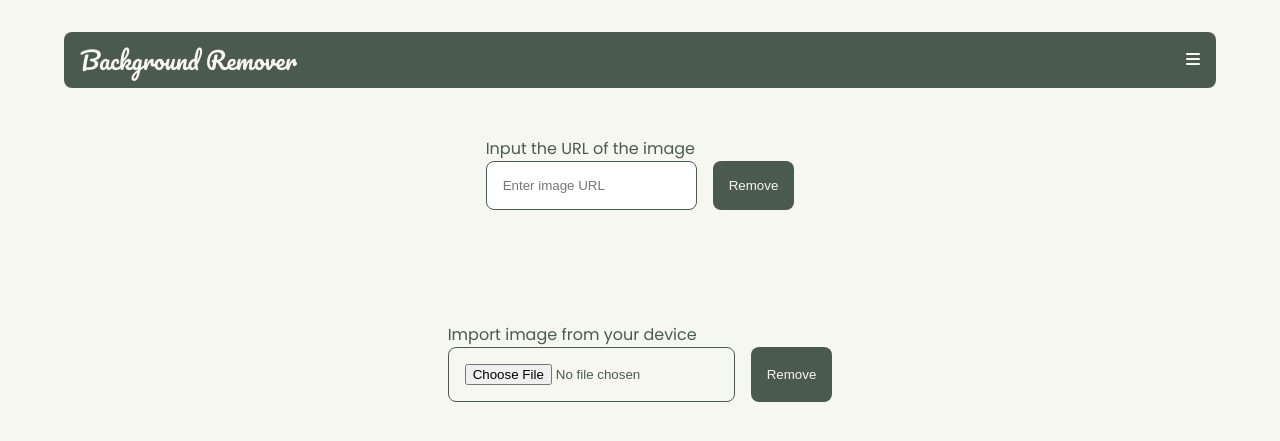
Repository: Oyasikelly/backgroundremover
Page: /
The author's editor kept a copy of each file at every save. The page is drawn from the files as they stood at one save, then again after the next save.
The browser window is 1280 px wide. The pictures show the whole page.
Some web libraries are served in a nearby version. The project was rebuilt for these pictures with package versions that can differ from the ones it lists, and the page was loaded fresh each time. Also part of the build but not shown: vite.config.js, src/Components/SavedImages.jsx.

Above is the page before, as saved 2024-12-17 16:42:58.

### index.html
<!-- @format -->

<!DOCTYPE html>
<html lang="en">
  <head>
    <meta charset="UTF-8" />
    <link rel="icon" type="image/svg+xml" href="/vite.svg" />
    <meta name="viewport" content="width=device-width, initial-scale=1.0" />
    <title>Background Remover</title>
  </head>
  <body>
    <div id="root"></div>
    <script type="module" src="/src/main.jsx"></script>
    <script
      src="https://kit.fontawesome.com/09244cd8e5.js"
      crossorigin="anonymous"
    ></script>
  </body>
</html>

### src/App.jsx
/** @format */

// import { useState } from "react";
import { useState } from "react";
import "./App.css";
import { BrowserRouter, Routes, Route } from "react-router-dom";
import Remover from "./Components/Remover";
import SavedImages from "./Components/SavedImages";
export default function App() {
  const [menu, setMenu] = useState(false);
  const [webURL, setWebURL] = useState("");
  const [importedURL, setImportedURL] = useState("");

  return (
    <BrowserRouter>
      <div className="wrapper">
        <Routes>
          <Route
            path="/"
            element={
              <Remover
                menu={menu}
                setMenu={setMenu}
                webURL={webURL}
                setWebURL={setWebURL}
                importedURL={importedURL}
                setImportedURL={setImportedURL}
              />
            }
          />
          <Route path="/SavedImages" Component={SavedImages} />
        </Routes>
      </div>
    </BrowserRouter>
  );
}

### src/App.css
/** @format */
@import url("https://fonts.googleapis.com/css2?family=Dancing+Script:wght@400..700&family=Outfit:wght@100..900&family=Pacifico&family=Poppins:ital,wght@0,100;0,200;0,300;0,400;0,500;0,600;0,700;0,800;0,900;1,100;1,200;1,300;1,400;1,500;1,600;1,700;1,800;1,900&family=Young+Serif&display=swap");

* {
  box-sizing: border-box;
  padding: 0;
  margin: 0;
}
:root {
  --primary-color: #4b5a4f;
  --secondary-color: #f7f7f1;
  --btn-color: #8a9b8e;
}
body {
  background-color: transparent;
  padding: 0;
  margin: 0;
}
body::-webkit-scrollbar {
  display: none;
}
a {
  text-decoration: none;
  color: var(--secondary-color);
}
.container {
  background-color: var(--secondary-color);
  width: 100%;
  height: 100vh;
  overflow: scroll;
  display: flex;
  flex-direction: column;
  /* justify-content: center; */
  align-items: center;
  color: var(--primary-color);
  padding: 0rem 4rem;
  position: relative;
}
.Menu {
  background-color: var(--btn-color);
  color: var(--secondary-color);
  width: 20%;
  align-self: flex-end;
  padding: 1rem;
  position: fixed;
  top: 0;
  right: 0;
  border-radius: 0 0 0.5rem 0.5rem;
  z-index: 100;
  display: flex;
  flex-direction: column;
  gap: 1rem;
}
.Menu p {
  border: 2px solid var(--primary-color);
  padding: 0.3rem;
  border-radius: 0.3rem;
  cursor: pointer;
}
.Menu p:hover {
  background-color: var(--primary-color);
}
h2 {
  width: fit-content;
  font-family: "Pacifico", cursive;
  font-weight: 400;
  font-style: normal;
  line-height: 1.5rem;
  max-width: 30%;
}
header {
  background-color: var(--primary-color);
  color: var(--secondary-color);
  width: 100%;
  margin-bottom: 5rem;
  padding: 1rem;
  border-radius: 0.5rem;
  position: relative;
  top: 2rem;
  display: flex;
  justify-content: space-between;
  align-items: center;
}
i {
  cursor: pointer;
}
.content_container {
  display: flex;
  flex-direction: column;
  justify-content: center;
  align-items: center;
  font-family: "Poppins", serif;
}
form {
  display: flex;
  gap: 1rem;
  margin-bottom: 4rem;
}
input {
  padding: 1rem;
  border-radius: 0.5rem;
  outline: none;
  border: 1px solid var(--primary-color);
  width: 100%;
}
button {
  padding: 1rem;
  background-color: var(--primary-color);
  outline: none;
  border: none;
  border-radius: 0.5rem;
  transition: background-color 0.5s ease-in;
  color: var(--secondary-color);
}
button:hover {
  background-color: var(--btn-color);
}
p {
  align-self: flex-start;
}
.imported-img {
  margin-top: 3rem;
  display: flex;
  flex-direction: column;
  justify-content: center;
  align-items: center;
}
.imported-img form {
  /* background-color: green; */
  width: fit-content;
  display: flex;
  width: 100%;
  /* justify-content: center; */
}
.import-img {
  width: 100%;
  padding: 1rem;
  align-content: center;
}

.outputWrap{
  width: 350px;
  height: 350px;
  background-color: pink;
}
.outputWrap img{
  width: 100%;
}
@media screen and (max-width: 1024px) {
  .container {
    padding-bottom: 3rem;
  }
  .content_container {
    width: 100%;
  }
  form {
    width: 100%;
    display: flex;
    justify-content: space-between;
  }
}

.Wrap_savedImages {
  display: flex;
  flex-direction: column;
  justify-content: center;
  align-items: center;
  padding-bottom: 3rem;
}
.saved_images {
  background-color: var(--secondary-color);
  color: var(--primary-color);
  height: 100vh;
  display: grid;
  grid-template-columns: repeat(4, 1fr);
  align-content: center;
  justify-items: center;
  grid-row-gap: 1rem;
  grid-column-gap: 1rem;
}
.saved_images div {
  width: 100px;
  height: 100px;
  border: 1px solid var(--primary-color);
  border-radius: 0.5rem;
}

### src/Components/Remover.jsx
/** @format */
import { useState } from "react";
import axios from "axios";

// import chair from "../assets/chair.jpeg";
import { NavLink } from "react-router-dom";

// components
import Header from "./Header";
import UrlImage from "./urlImage";
import ImportImage from "./importImage";

export default function Remover({
  menu,
  setMenu,
  webURL,
  setWebURL,
  importedURL,
  setImportedURL,
}) {
  const [outputImage, setOutputImage] = useState(""); // State to store the output image URL

  function handleMenu() {
    setMenu(() => true);
  }
  function handleCloseMenu() {
    setMenu(() => false);
  }
  function handleWebURL(e) {
    setWebURL(e.target.value);
  }
  function handleImportedURL(e) {
    setImportedURL(e.target.files[0]); // Update importedURL state with the selected file
  }

  const apiKey = "0eaf034066ed7e5c243f379b2274ee09d9f82867"; // Replace with your actual API key
  const apiEndpoint = "https://sdk.photoroom.com/v1/segment";

  // Function to remove background for URL
  const removeBackgroundFromURL = async (imageUrl) => {
    try {
      const response = await axios.post(
        apiEndpoint,
        { image_url: imageUrl }, // API expects 'image_url', not 'url'
        {
          headers: {
            "x-api-key": apiKey,
            "Content-Type": "application/json",
          },
          responseType: "blob", // Get the response as a Blob
        }
      );

      const imageUrlBlob = URL.createObjectURL(response.data);
      console.log(imageUrlBlob);
      setOutputImage(imageUrlBlob);
    } catch (error) {
      console.error("Error removing background (URL):", error.response?.data || error.message);
    }
  };
  // Function to remove background for imported image
  const removeBackgroundFromFile = async (file) => {
    try {
      const formData = new FormData();
      formData.append("image_file", file); // Append file to FormData

      const response = await axios.post(apiEndpoint, formData, {
        headers: {
          "x-api-key": apiKey,
          "Content-Type": "multipart/form-data",
        },
        responseType: "blob", // Ensure response is a Blob
      });

      const imageUrlBlob = URL.createObjectURL(response.data);
      setOutputImage(imageUrlBlob);
    } catch (error) {
      console.error("Error removing background (File):", error);
    }
  };

  const handleRemoveBackground = async (e) => {
    e.preventDefault();
    if (webURL) {
      await removeBackgroundFromURL(webURL);
    } else {
      alert("Please provide an image URL.");
    }
  };

  const handleRemoveBackground_ImportedImg = async (e) => {
    e.preventDefault();
    if (importedURL) {
      await removeBackgroundFromFile(importedURL);
    } else {
      alert("Please import an image.");
    }
  };

  return (
    <div className="container">
      {menu && (
        <div className="Menu" onClick={handleCloseMenu}>
          <span style={{ fontSize: "24px" }}>&#10006;</span>
          <NavLink to="/SavedImages">
            <p>See Saved Images</p>
          </NavLink>
        </div>
      )}
     <Header handleMenu={handleMenu}/>

      {/* Remove Background via URL */}
     <UrlImage webURL={webURL} handleRemoveBackground={handleRemoveBackground} handleWebURL={handleWebURL} />

      {/* Remove Background via Imported File */}
     <ImportImage handleRemoveBackground_ImportedImg={handleRemoveBackground_ImportedImg} handleImportedURL={handleImportedURL}  />

      {/* Output Image */}
      {outputImage && (
        <div className="output_container">
          <h3>Background Removed Image:</h3>
         <div className="outputWrap">
          <img src={outputImage} alt="Output" />
          </div>
        </div>
      )}
    </div>
  );
}

### src/Components/Header.jsx
export default function Header({handleMenu}){
    return  <header>
    <h2>Background Remover</h2>
    <nav>
      <i className="fa-solid fa-bars" onClick={handleMenu}></i>
    </nav>
  </header>
}

### src/Components/urlImage.jsx
export default function UrlImage({webURL,handleRemoveBackground,handleWebURL}){
    return  <main className="content_container">
    <p>Input the URL of the image</p>
    <form onSubmit={handleRemoveBackground}>
      <input
        name="webURL"
        value={webURL}
        type="text"
        placeholder="Enter image URL"
        onChange={handleWebURL}
      />
      <button type="submit">Remove</button>
    </form>
  </main>
}

### src/Components/importImage.jsx
export default function ImportImage({handleRemoveBackground_ImportedImg, handleImportedURL}){
    return  <main className="content_container imported-img">
    <p>Import image from your device</p>
    <form onSubmit={handleRemoveBackground_ImportedImg}>
      <input
        name="importedURL"
        className="import-img"
        type="file"
        accept="image/*"
        onChange={handleImportedURL}
      />
      <button type="submit">Remove</button>
    </form>

  </main>
}

Loaded but not shown: src/main.jsx (common file); src/index.css (no stored copy; drawn as an empty file)

After the next save:
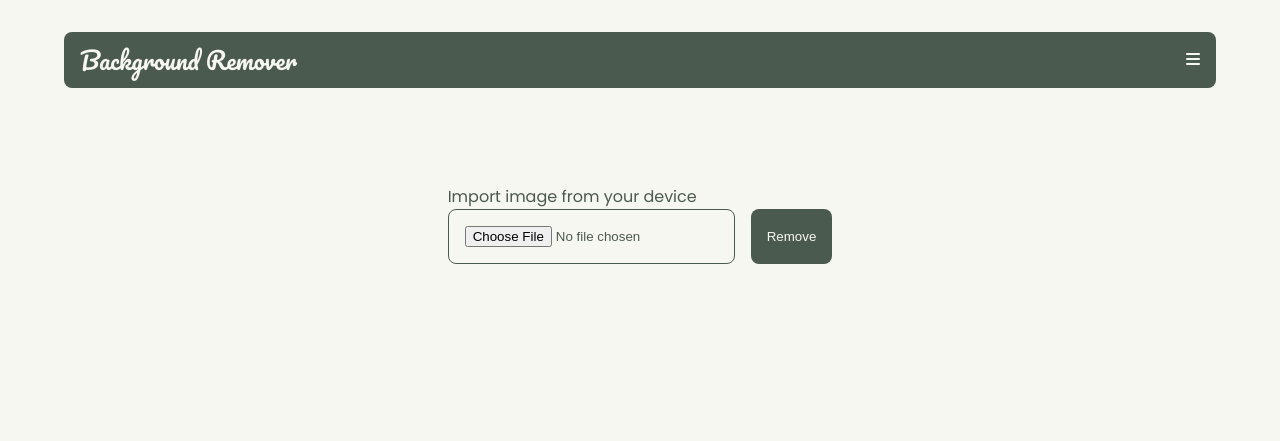
Saved 3 min 32 s later.
--- a/src/Components/Remover.jsx
+++ b/src/Components/Remover.jsx
@@ -13,8 +13,8 @@ import ImportImage from "./importImage";
 export default function Remover({
   menu,
   setMenu,
-  webURL,
-  setWebURL,
+  // webURL,
+  // setWebURL,
   importedURL,
   setImportedURL,
 }) {
@@ -26,9 +26,9 @@ export default function Remover({
   function handleCloseMenu() {
     setMenu(() => false);
   }
-  function handleWebURL(e) {
-    setWebURL(e.target.value);
-  }
+  // function handleWebURL(e) {
+  //   setWebURL(e.target.value);
+  // }
   function handleImportedURL(e) {
     setImportedURL(e.target.files[0]); // Update importedURL state with the selected file
   }
@@ -37,27 +37,27 @@ export default function Remover({
   const apiEndpoint = "https://sdk.photoroom.com/v1/segment";
 
   // Function to remove background for URL
-  const removeBackgroundFromURL = async (imageUrl) => {
-    try {
-      const response = await axios.post(
-        apiEndpoint,
-        { image_url: imageUrl }, // API expects 'image_url', not 'url'
-        {
-          headers: {
-            "x-api-key": apiKey,
-            "Content-Type": "application/json",
-          },
-          responseType: "blob", // Get the response as a Blob
-        }
-      );
+  // const removeBackgroundFromURL = async (imageUrl) => {
+  //   try {
+  //     const response = await axios.post(
+  //       apiEndpoint,
+  //       { image_url: imageUrl }, // API expects 'image_url', not 'url'
+  //       {
+  //         headers: {
+  //           "x-api-key": apiKey,
+  //           "Content-Type": "application/json",
+  //         },
+  //         responseType: "blob", // Get the response as a Blob
+  //       }
+  //     );
 
-      const imageUrlBlob = URL.createObjectURL(response.data);
-      console.log(imageUrlBlob);
-      setOutputImage(imageUrlBlob);
-    } catch (error) {
-      console.error("Error removing background (URL):", error.response?.data || error.message);
-    }
-  };
+  //     const imageUrlBlob = URL.createObjectURL(response.data);
+  //     console.log(imageUrlBlob);
+  //     setOutputImage(imageUrlBlob);
+  //   } catch (error) {
+  //     console.error("Error removing background (URL):", error.response?.data || error.message);
+  //   }
+  // };
   // Function to remove background for imported image
   const removeBackgroundFromFile = async (file) => {
     try {
@@ -79,14 +79,14 @@ export default function Remover({
     }
   };
 
-  const handleRemoveBackground = async (e) => {
-    e.preventDefault();
-    if (webURL) {
-      await removeBackgroundFromURL(webURL);
-    } else {
-      alert("Please provide an image URL.");
-    }
-  };
+  // const handleRemoveBackground = async (e) => {
+  //   e.preventDefault();
+  //   if (webURL) {
+  //     await removeBackgroundFromURL(webURL);
+  //   } else {
+  //     alert("Please provide an image URL.");
+  //   }
+  // };
 
   const handleRemoveBackground_ImportedImg = async (e) => {
     e.preventDefault();
@@ -110,7 +110,7 @@ export default function Remover({
      <Header handleMenu={handleMenu}/>
 
       {/* Remove Background via URL */}
-     <UrlImage webURL={webURL} handleRemoveBackground={handleRemoveBackground} handleWebURL={handleWebURL} />
+     {/* <UrlImage webURL={webURL} handleRemoveBackground={handleRemoveBackground} handleWebURL={handleWebURL} /> */}
 
       {/* Remove Background via Imported File */}
      <ImportImage handleRemoveBackground_ImportedImg={handleRemoveBackground_ImportedImg} handleImportedURL={handleImportedURL}  />
